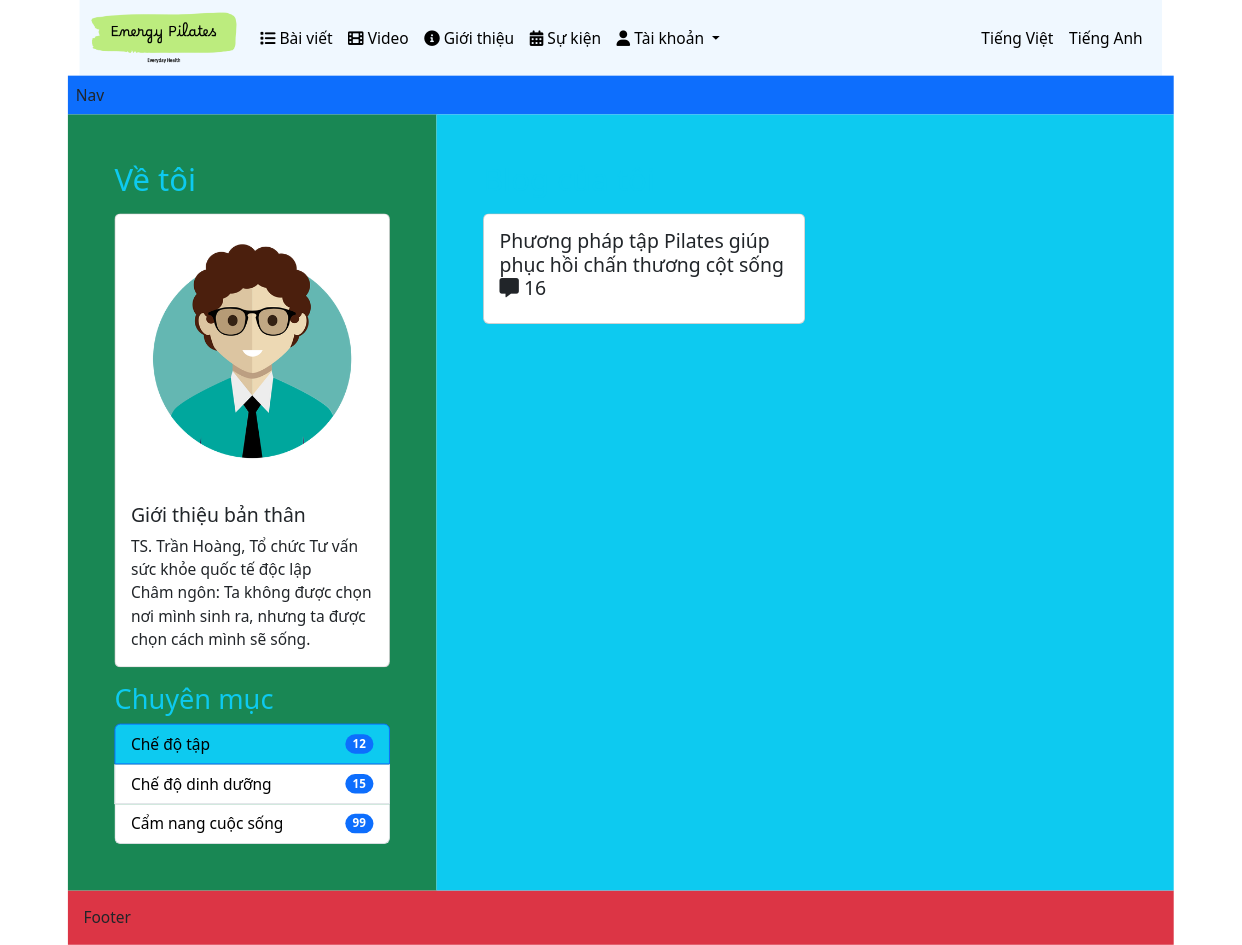
Repository: KizukoHeiwa/SOF308
Page: Lab1/index.html
An editor plug-in stored every save of this project. The page is shown before and after the next save, followed by the edit.
The browser window is 1280 px wide. The pictures show the whole page, at 97% of full size.

Above is the page before, as saved 2024-10-31 10:26:16.

After the next save:
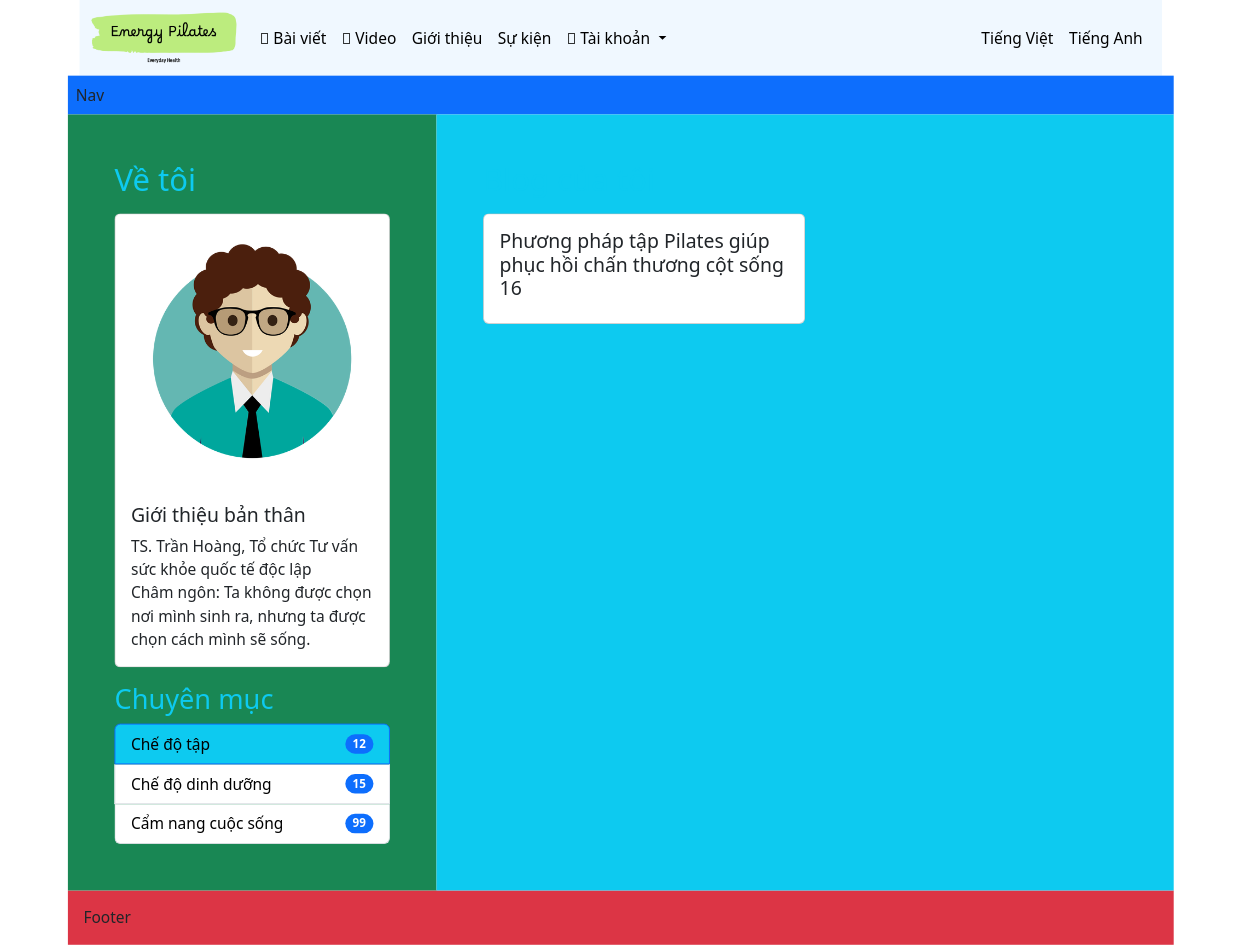
Saved 14 s later.
--- a/Lab1/index.html
+++ b/Lab1/index.html
@@ -6,7 +6,7 @@
     <title>FPT Polytechnic</title>
     <link href="https://cdn.jsdelivr.net/npm/bootstrap@5.3.3/dist/css/bootstrap.min.css" rel="stylesheet" integrity="sha384-QWTKZyjpPEjISv5WaRU9OFeRpok6YctnYmDr5pNlyT2bRjXh0JMhjY6hW+ALEwIH" crossorigin="anonymous">
     <script src="https://cdn.jsdelivr.net/npm/bootstrap@5.3.3/dist/js/bootstrap.bundle.min.js" integrity="sha384-YvpcrYf0tY3lHB60NNkmXc5s9fDVZLESaAA55NDzOxhy9GkcIdslK1eN7N6jIeHz" crossorigin="anonymous"></script>
-    <link rel="stylesheet" href="https://cdnjs.cloudflare.com/ajax/libs/fontawesome/6.0.0-beta3/css/all.min.css">
+    <link rel="stylesheet" href="https://cdnjs.cloudflare.com/ajax/libs/font-awesome/4.7.0/css/font-awesome.min.css">
     <style>
         header{
             background-color: aliceblue;
